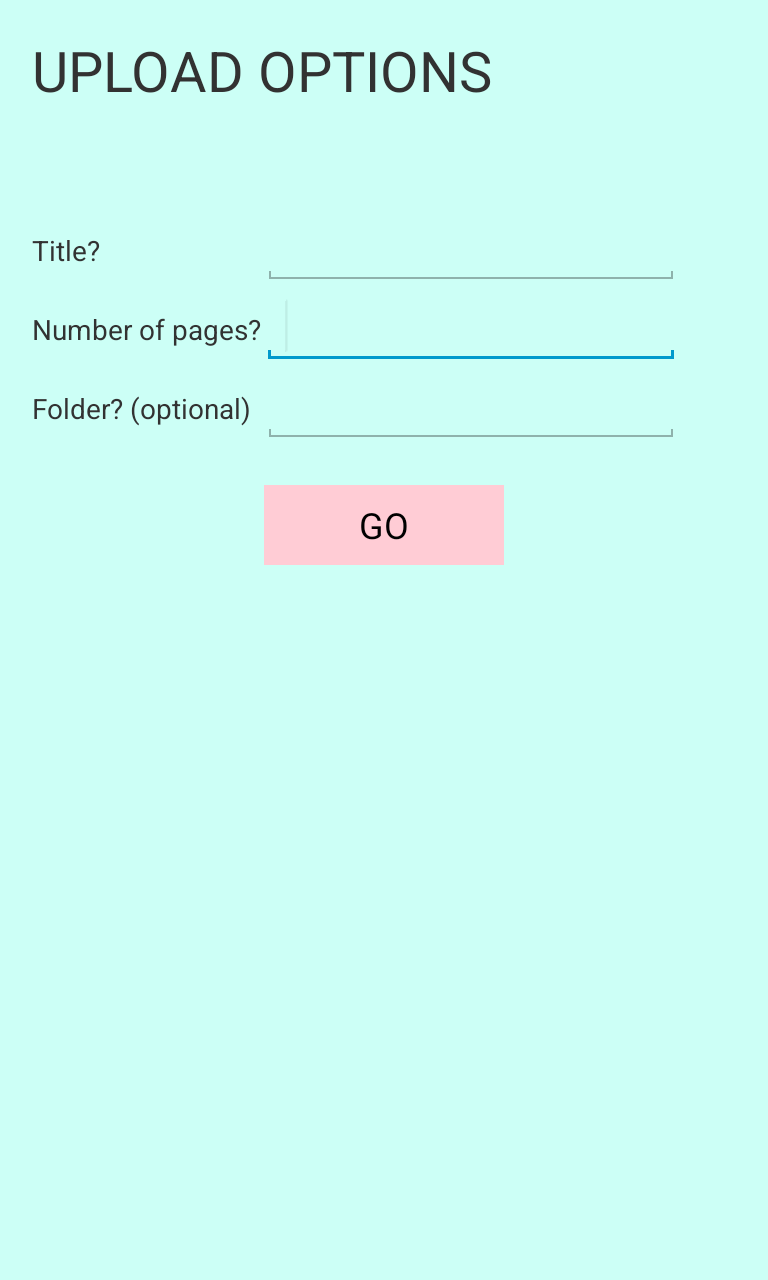
Repository: nick11roberts/Moka-Scanr
Layout: Document Uploader/res/layout/activity_options.xml
These files come from the project's save history. The layout is drawn as it stood at one moment and after the next save; the edit follows.
It is drawn on a 768 x 1280 px phone screen (xhdpi) without system bars, with theme android:Theme.Holo.Light.NoActionBar; the app's code is not run. The app's manifest (not shown) leaves right-to-left support off. So textAlignment, textDirection and layoutDirection are ignored, and left and right values win over start and end ones.

Above is the layout before, as saved 2014-05-30 21:46:01.

### Document Uploader/res/layout/activity_options.xml
<LinearLayout xmlns:android="http://schemas.android.com/apk/res/android"
    xmlns:tools="http://schemas.android.com/tools"
    android:layout_width="match_parent"
    android:layout_height="match_parent"
    android:background="@color/bg_color"
    android:baselineAligned="true"
    android:gravity="center_horizontal"
    android:orientation="vertical"
    android:paddingBottom="@dimen/activity_vertical_margin"
    android:paddingLeft="@dimen/activity_horizontal_margin"
    android:paddingRight="@dimen/activity_horizontal_margin"
    android:paddingTop="@dimen/activity_vertical_margin" >

    <TextView
        android:layout_width="match_parent"
        android:layout_height="wrap_content"
        android:paddingBottom="30dp"
        android:paddingTop="0dp"
        android:text="@string/options_heading"
        android:textAlignment="center"
        android:textAllCaps="true"
        android:textSize="28sp" />

    <TableLayout
        android:layout_width="match_parent"
        android:layout_height="wrap_content"
        android:paddingBottom="20dp"
        android:paddingTop="20dp" >

        <TableRow
            android:id="@+id/tableRowDocumentTitle"
            android:layout_width="wrap_content"
            android:layout_height="wrap_content" >

            <TextView
                android:id="@+id/textView2"
                android:layout_width="wrap_content"
                android:layout_height="wrap_content"
                android:text="@string/options_title" />

            <EditText
                android:id="@+id/inputTextDocumentTitle"
                android:layout_width="wrap_content"
                android:layout_height="wrap_content"
                android:ems="10" />
        </TableRow>

        <TableRow
            android:id="@+id/tableRowNumOfPages"
            android:layout_width="wrap_content"
            android:layout_height="wrap_content" >

            <TextView
                android:id="@+id/textView1"
                android:layout_width="wrap_content"
                android:layout_height="wrap_content"
                android:text="@string/options_pages" />

            <EditText
                android:id="@+id/inputTextNumOfPages"
                android:layout_width="wrap_content"
                android:layout_height="wrap_content"
                android:ems="10"
                android:inputType="number"
                 >

                <requestFocus />
            </EditText>

        </TableRow>

        <TableRow
            android:id="@+id/tableRowFolder"
            android:layout_width="wrap_content"
            android:layout_height="wrap_content" >

            <TextView
                android:id="@+id/textView3"
                android:layout_width="wrap_content"
                android:layout_height="wrap_content"
                android:text="@string/options_folder" />

            <EditText
                android:id="@+id/inputTextFolder"
                android:layout_width="wrap_content"
                android:layout_height="wrap_content"
                android:ems="10" />

        </TableRow>
    </TableLayout>


	<Button
        android:id="@+id/optionsButton"
        android:layout_width="120dp"
        android:layout_height="40dp"
        android:background="@color/button_color"
        android:text="@string/options_button_go"
        android:textAlignment="center" />



</LinearLayout>

### Document Uploader/res/values/colors.xml
<?xml version="1.0" encoding="utf-8"?>
<resources>
   <color name="button_color">#FFCCD5</color>
   <color name="bg_color">#CCFFF6</color>
</resources>

### Document Uploader/res/values/strings.xml
<?xml version="1.0" encoding="utf-8"?>
<resources>

    <string name="app_name">PDF-Drive</string>

    <string name="main_heading">Upload a new PDF?</string>
    <string name="main_button_upload">UPLOAD</string>

    <string name="options_heading">Upload options</string>
    <string name="options_pages">Number of pages?</string>
    <string name="options_title">Title?</string>
    <string name="options_folder">Folder? (optional)</string>
    <string name="options_button_go">GO</string>

    <string name="action_settings">Settings</string>

</resources>

Loaded but not shown: Document Uploader/res/values/dimens.xml (common file); Document Uploader/res/values-w820dp/dimens.xml (common file)

After the next save:
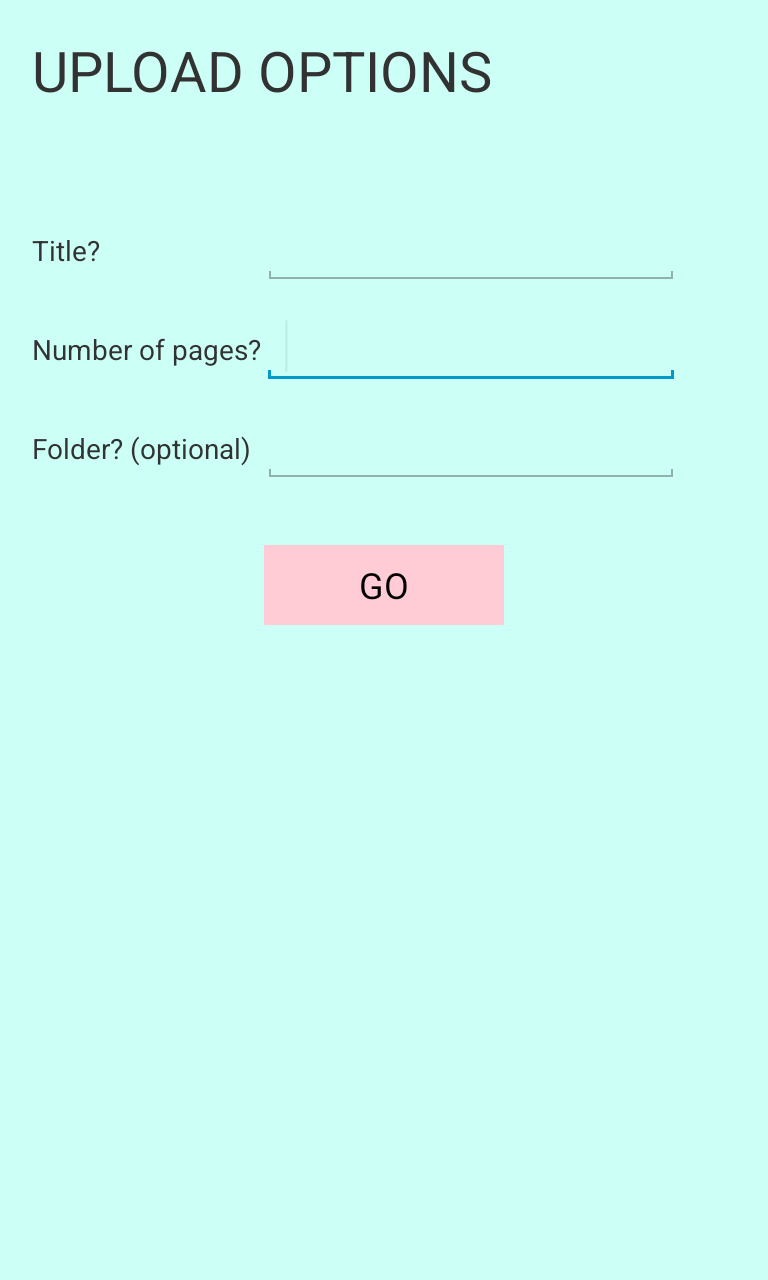
Saved 36 s later.
--- a/Document Uploader/res/layout/activity_options.xml
+++ b/Document Uploader/res/layout/activity_options.xml
@@ -30,7 +30,8 @@
         <TableRow
             android:id="@+id/tableRowDocumentTitle"
             android:layout_width="wrap_content"
-            android:layout_height="wrap_content" >
+            android:layout_height="wrap_content"
+            android:paddingBottom="10dp" >
 
             <TextView
                 android:id="@+id/textView2"
@@ -48,7 +49,8 @@
         <TableRow
             android:id="@+id/tableRowNumOfPages"
             android:layout_width="wrap_content"
-            android:layout_height="wrap_content" >
+            android:layout_height="wrap_content"
+            android:paddingBottom="10dp" >
 
             <TextView
                 android:id="@+id/textView1"
@@ -72,7 +74,8 @@
         <TableRow
             android:id="@+id/tableRowFolder"
             android:layout_width="wrap_content"
-            android:layout_height="wrap_content" >
+            android:layout_height="wrap_content"
+            android:paddingBottom="10dp" >
 
             <TextView
                 android:id="@+id/textView3"
